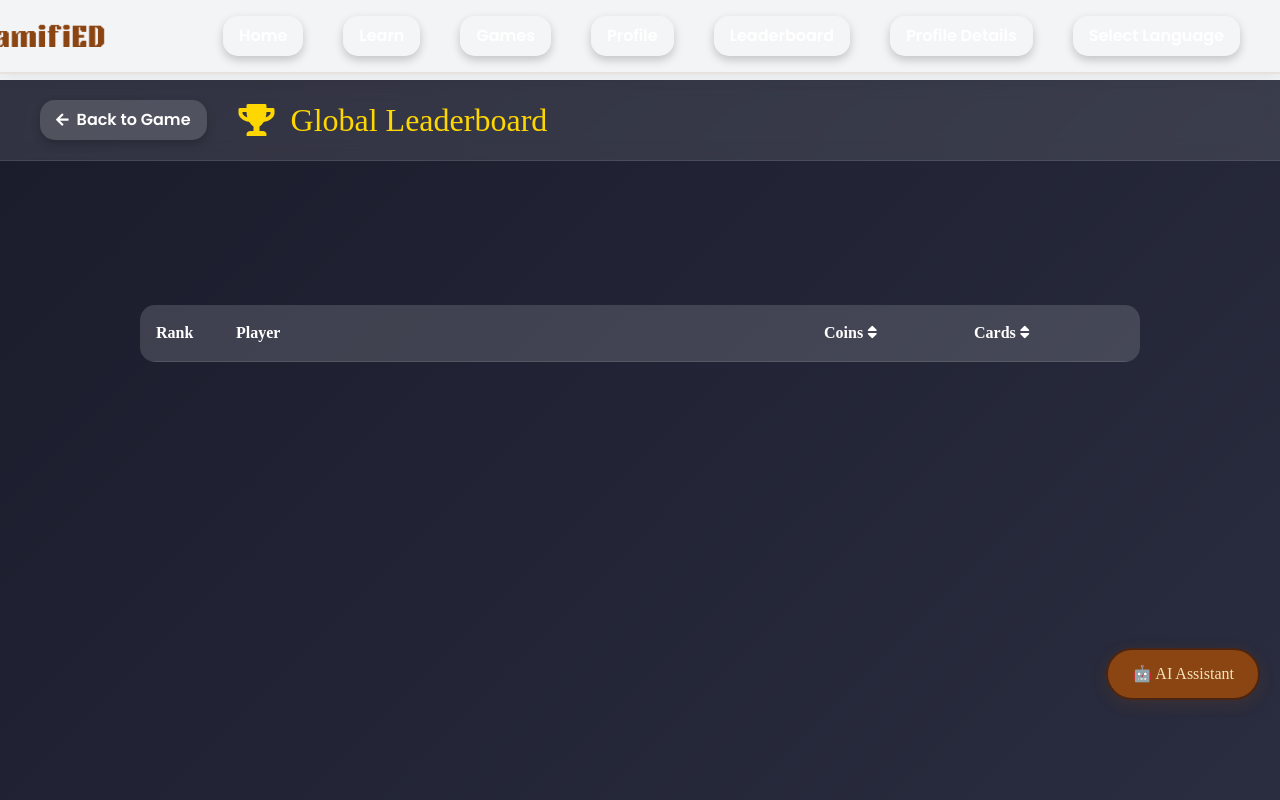
Repository: Team-4i/iks
Page: spinwheel/templates/spinwheel/leaderboard.html
The author's editor kept a copy of each file at every save. The page is drawn from the files as they stood at one save, then again after the next save.
The browser window is 1280 px wide. The pictures show the whole page.
Some web fonts or font styles are not loaded; a fallback is used. Some web libraries are served in a nearby version. The template is drawn by Django 5.2. The application's start-up code is not run. The template is opened directly, without the code that normally fills it, so the values that code supplies are empty.

Above is the page before, as saved 2025-04-18 19:07:34.

After the next save:
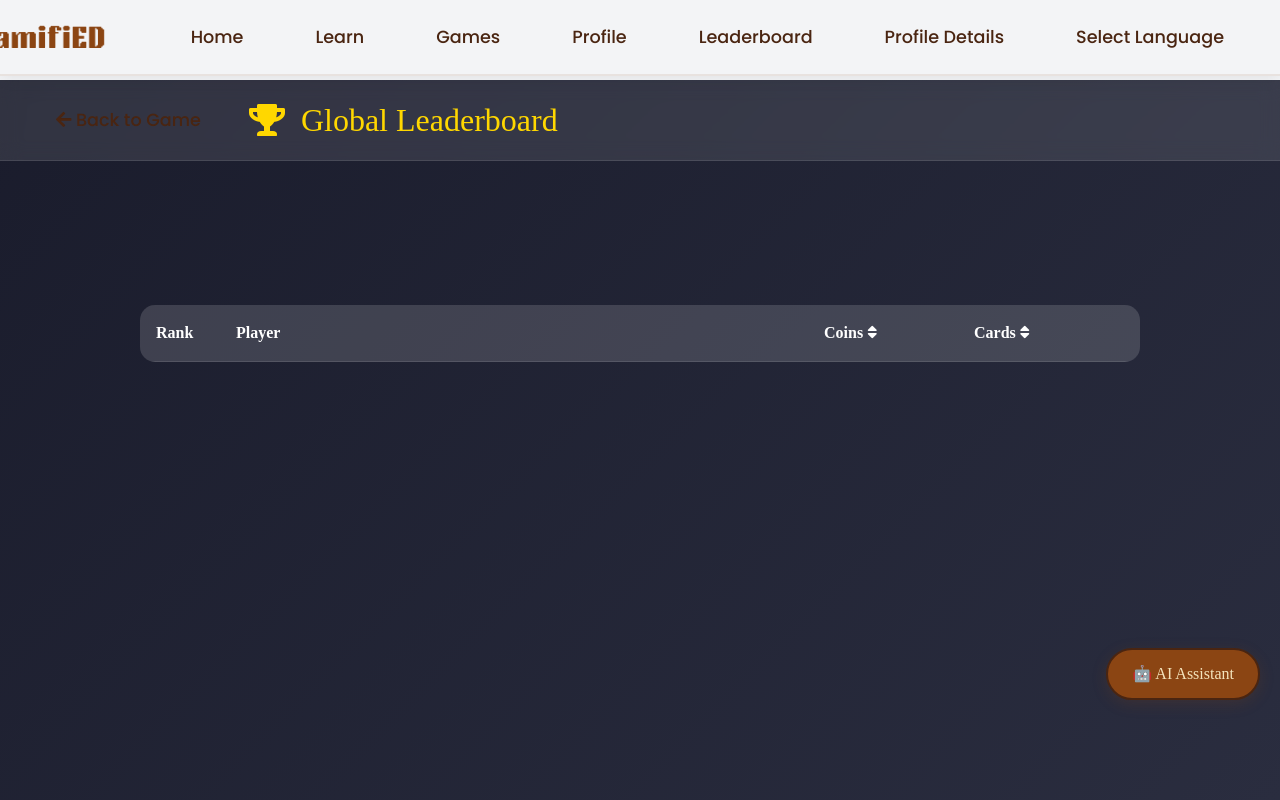
Saved 3 s later.
--- a/spinwheel/templates/spinwheel/leaderboard.html
+++ b/spinwheel/templates/spinwheel/leaderboard.html
@@ -184,40 +184,6 @@ function sortTable(column) {
         gap: 2rem;
     }
 
-    /* Common Back Button Style - Global */
-    .nav-links {
-        flex-shrink: 0;
-        position: relative;
-        z-index: 100;
-    }
-
-    .nav-link {
-        color: #ffffff;
-        text-decoration: none;
-        font-size: 1rem;
-        display: inline-flex;
-        align-items: center;
-        gap: 0.5rem;
-        padding: 0.5rem 1rem;
-        border-radius: 15px;
-        background: rgba(255, 255, 255, 0.15);
-        transition: all 0.3s ease;
-        cursor: pointer;
-        position: relative;
-        z-index: 2001;
-        font-weight: bold;
-        box-shadow: 0 4px 10px rgba(0, 0, 0, 0.2);
-    }
-
-    .nav-link:hover {
-        background: rgba(255, 255, 255, 0.25);
-        transform: translateY(-2px);
-    }
-
-    .nav-link i {
-        font-size: 0.9rem;
-    }
-
     .header-content h1 {
         display: flex;
         align-items: center;
